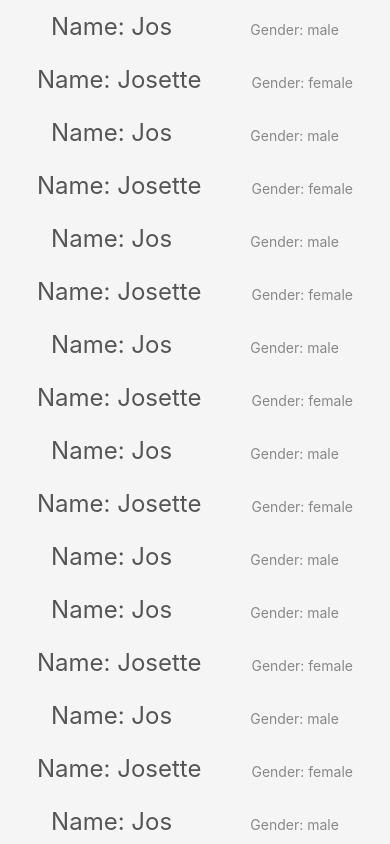
Repository: kfrancois/Bachelorproef-Apps
Screen: / (app in React Native/ListApp/.vscode/)
The author's editor kept a copy of each file at every save. The screen is drawn from the files as they stood at one save, then again after the next save.
An inner scrolling area shows only its first screen. The app was drawn by React Native's web renderer in a window 390 px wide. The project was rebuilt for these pictures with package versions that can differ from the ones it lists, and the page was loaded fresh each time.

Above is the screen before, as saved 2018-04-23 15:07:33.

### React Native/ListApp/.vscode/App.js
import React, { Component } from 'react';
import MyListView from './src/listView';

// type Props = {};
export default class App extends Component {
  render() {
    return <MyListView />;
  }
}

### React Native/ListApp/.vscode/src/listView.js
import React, { Component } from 'react';
import { View, FlatList, Text, SafeAreaView, StyleSheet } from 'react-native';
import items from './items';
import Row from './row';

export default class MyListView extends Component {
  render() {
    return (
      <SafeAreaView style={{ flex: 1, backgroundColor: 'whitesmoke' }}>
        <FlatList
          style={styles.idk}
          contentContainerStyle={styles.container}
          data={items}
          renderItem={data => {
            return <Row item={data.item} />;
          }}
        />
      </SafeAreaView>
    );
  }
}

const styles = StyleSheet.create({
  idk: {
    flex: 1,
    backgroundColor: 'whitesmoke'
  },
  container: {
    flexGrow: 1,
    justifyContent: 'space-between'
  },
  item: {
    padding: 10,
    fontSize: 18,
    height: 44
  }
});

### React Native/ListApp/.vscode/src/items.js
const items = [
  { key: '0', name: 'Jos', gender: 'male' },
  { key: '1', name: 'Josette', gender: 'female' },
  { key: '2', name: 'Jos', gender: 'male' },
  { key: '3', name: 'Josette', gender: 'female' },
  { key: '4', name: 'Jos', gender: 'male' },
  { key: '5', name: 'Josette', gender: 'female' },
  { key: '6', name: 'Jos', gender: 'male' },
  { key: '7', name: 'Josette', gender: 'female' },
  { key: '8', name: 'Jos', gender: 'male' },
  { key: '9', name: 'Josette', gender: 'female' },
  { key: '10', name: 'Jos', gender: 'male' },
  { key: '11', name: 'Jos', gender: 'male' },
  { key: '12', name: 'Josette', gender: 'female' },
  { key: '13', name: 'Jos', gender: 'male' },
  { key: '14', name: 'Josette', gender: 'female' },
  { key: '15', name: 'Jos', gender: 'male' },
  { key: '16', name: 'Josette', gender: 'female' },
  { key: '17', name: 'Jos', gender: 'male' },
  { key: '18', name: 'Josette', gender: 'female' },
  { key: '19', name: 'Jos', gender: 'male' },
  { key: '20', name: 'Josette', gender: 'female' },
  { key: '21', name: 'Jos', gender: 'male' },
  { key: '22', name: 'Josette', gender: 'female' },
  { key: '23', name: 'Jos', gender: 'male' },
  { key: '24', name: 'Josette', gender: 'female' },
  { key: '25', name: 'Jos', gender: 'male' },
  { key: '26', name: 'Josette', gender: 'female' },
  { key: '27', name: 'Jos', gender: 'male' },
  { key: '28', name: 'Josette', gender: 'female' },
  { key: '29', name: 'Jos', gender: 'male' },
  { key: '30', name: 'Josette', gender: 'female' },
  { key: '31', name: 'Jos', gender: 'male' },
  { key: '32', name: 'Josette', gender: 'female' },
  { key: '33', name: 'Jos', gender: 'male' },
  { key: '34', name: 'Josette', gender: 'female' },
  { key: '35', name: 'Jos', gender: 'male' },
  { key: '36', name: 'Josette', gender: 'female' },
  { key: '37', name: 'Jos', gender: 'male' },
  { key: '38', name: 'Josette', gender: 'female' },
  { key: '39', name: 'Jos', gender: 'male' },
  { key: '40', name: 'Josette', gender: 'female' },
  { key: '41', name: 'Jos', gender: 'male' },
  { key: '42', name: 'Josette', gender: 'female' },
];

export default items;

### React Native/ListApp/.vscode/src/row.js
import React from 'react';
import { View, Text, StyleSheet } from 'react-native';

const styles = StyleSheet.create({
  container: {
    padding: 12,
    flexDirection: 'row',
    justifyContent: 'space-around',
    alignItems: 'baseline',
    alignSelf: 'stretch'
  },
  rowHeading: {
    fontSize: 24,
    color: '#555'
  },
  rowText: {
    fontSize: 14,
    color: '#888'
  }
});

const Row = props => {
  const item = props.item;
  const { name, gender } = item;
  return (
    <View style={styles.container}>
      <Text style={styles.rowHeading}>Name: {name}</Text>
      <Text style={styles.rowText}>Gender: {gender}</Text>
    </View>
  );
};

export default Row;

After the next save:
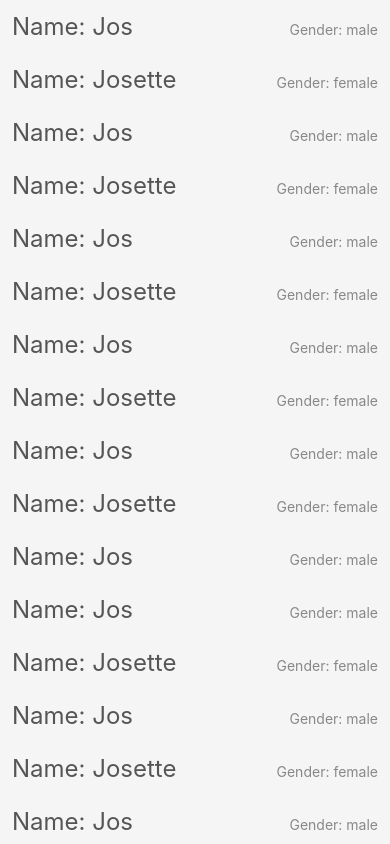
Saved 7 s later.
--- a/React Native/ListApp/.vscode/src/row.js
+++ b/React Native/ListApp/.vscode/src/row.js
@@ -5,7 +5,7 @@ const styles = StyleSheet.create({
   container: {
     padding: 12,
     flexDirection: 'row',
-    justifyContent: 'space-around',
+    justifyContent: 'space-between',
     alignItems: 'baseline',
     alignSelf: 'stretch'
   },
